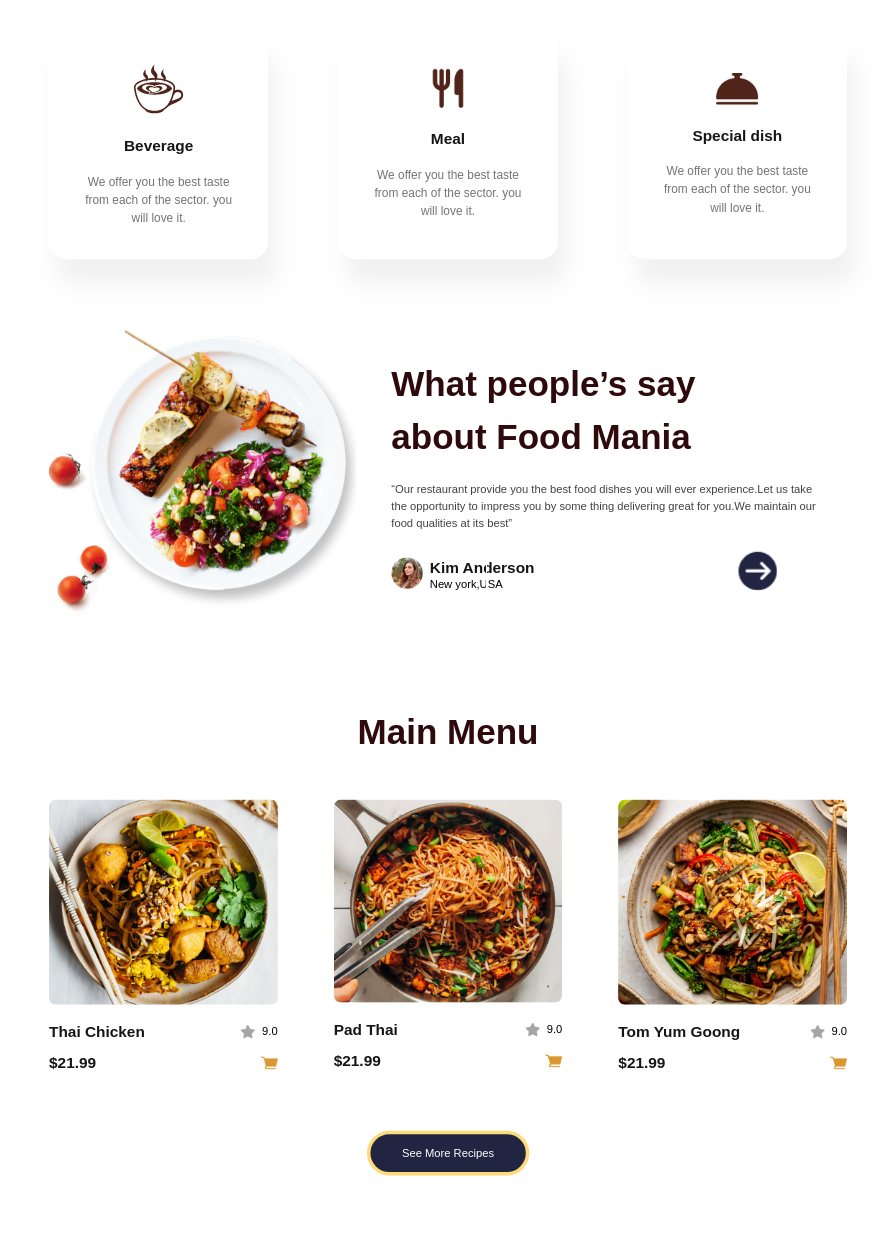
Repository: hoang0508/Figmafood
Page: index.html
The author's editor kept a copy of each file at every save. The page is drawn from the files as they stood at one save, then again after the next save.
The browser window is 1280 px wide. The pictures show the part of the page from y = 1515 to 3435 px (the page is 3295 px tall before and 3435 px after), at 70% of full size.
Some web libraries are served in a nearby version. The style sheet was rebuilt from its Sass, Less or Tailwind sources for each picture, by a compiler version that may differ from the author's.

Above is the page before, as saved 2021-11-08 15:12:35.

### index.html
<!DOCTYPE html>
<html lang="en">
  <head>
    <meta charset="UTF-8" />
    <meta http-equiv="X-UA-Compatible" content="IE=edge" />
    <meta name="viewport" content="width=device-width, initial-scale=1.0" />
    <title>LandingPage Food</title>
    <link
      rel="stylesheet"
      href="https://cdnjs.cloudflare.com/ajax/libs/font-awesome/4.7.0/css/font-awesome.min.css"
      integrity="sha512-SfTiTlX6kk+qitfevl/7LibUOeJWlt9rbyDn92a1DqWOw9vWG2MFoays0sgObmWazO5BQPiFucnnEAjpAB+/Sw=="
      crossorigin="anonymous"
      referrerpolicy="no-referrer"
    />
    <link rel="preconnect" href="https://fonts.googleapis.com" />
    <link rel="preconnect" href="https://fonts.gstatic.com" crossorigin />
    <link
      href="https://fonts.googleapis.com/css2?family=Poppins:wght@300;400;500;600;700&display=swap"
      rel="stylesheet"
    />
    <link
      rel="stylesheet"
      type="text/css"
      href="https://cdn.jsdelivr.net/npm/slick-carousel@1.8.1/slick/slick.css"
    />
    <link rel="stylesheet" href="./css/app.css" />
  </head>
  <body>
    <div class="wrapper">
      <header class="header">
        <div class="container">
          <div class="header-container d-flex--between">
            <div class="header-logo d-flex--center">
              <img src="./images/logo.png" alt="" />
              <img src="./images/FOOD MANIA.svg" alt="" />
            </div>
            <ul class="header-list d-flex--center">
              <li class="header-item">
                <a href="#" class="header-link">Home</a>
              </li>
              <li class="header-item">
                <a href="#" class="header-link">About us</a>
              </li>
              <li class="header-item">
                <a href="#" class="header-link">Contact us</a>
              </li>
            </ul>
            <div class="header-icon d-flex--center">
              <a href="#" class="icon-link">
                <img src="./images/icon-search.png" alt="" />
              </a>
              <a href="#" class="icon-link">
                <img src="./images/icon-cart.png" alt="" />
              </a>
              <a href="#" class="icon-link">
                <img src="./images/icon-bars.png" alt="" />
              </a>
            </div>
            <button class="button button--primary">Book now</button>
          </div>
        </div>
      </header>
      <main>
        <section class="hero">
          <div class="container">
            <div class="hero-container d-flex--between">
              <div class="hero-content">
                <h3 class="hero-title">
                  Taste the <span>best Delicious</span> dishes.
                </h3>
                <button class="button button--primary button--secondary">
                  Explore Menu
                </button>
                <div class="hero-social d-flex--center">
                  <a href="#" class="social-icon">
                    <img src="./images/facebook.png" alt="" />
                  </a>
                  <a href="#" class="social-icon">
                    <img src="./images/instagram.png" alt="" />
                  </a>
                  <a href="#" class="social-icon">
                    <img src="./images/twitter.png" alt="" />
                  </a>
                </div>
              </div>
              <div class="hero-image">
                <div class="hero-image--big">
                  <img
                    src="./images/kisspng-hamburger-street-food-seafood-fast-food-delicious-food-5a75083cceaf41 1.png"
                    alt=""
                  />
                </div>
                <div class="hero-image--small-top">
                  <img src="./images/dlf 1.png" alt="" />
                </div>
                <div class="hero-image--small-bottom">
                  <img
                    src="./images/Pad-Thai_1-removebg-preview 1.png"
                    alt=""
                  />
                </div>
              </div>
            </div>
          </div>
        </section>
        <section class="about">
          <div class="container">
            <div class="about-container d-flex--between">
              <div class="about-image">
                <img
                  src="./images/imgbin-greek-salad-recipe-vegetarian-cuisine-everyday-super-food-salad-plate-gEMC3ig2LzciXACd5pm3EKWBe-removebg-preview 1.png"
                  alt=""
                />
              </div>
              <div class="about-content">
                <h3 class="heading-title">Fresh,Healthy & Delicious Food</h3>
                <p class="text-desc">
                  Our restaurant provide you the best food dishesh you will ever
                  experience.Let us take the opportunity to impress you by some
                  thing delivering great for you.We maintain our food qualities
                  at its best.
                </p>
                <button class="button button--primary button--secondary">
                  Explore All
                </button>
              </div>
            </div>
          </div>
        </section>
        <section class="menu">
          <div class="container">
            <div class="menu-container">
              <h3 class="heading-title menu-heading">Our Categorized Menu</h3>
              <div class="menu-list">
                <div class="menu-item">
                  <div class="menu-image">
                    <img
                      src="./images/emojione-monotone_hot-beverage.svg"
                      alt=""
                    />
                  </div>
                  <h3 class="menu-title heading-title--small">Beverage</h3>
                  <p class="menu-desc">
                    We offer you the best taste from each of the sector. you
                    will love it.
                  </p>
                </div>
                <div class="menu-item">
                  <div class="menu-image">
                    <img src="./images/Vector.png" alt="" />
                  </div>
                  <h3 class="menu-title heading-title--small">Meal</h3>
                  <p class="menu-desc">
                    We offer you the best taste from each of the sector. you
                    will love it.
                  </p>
                </div>
                <div class="menu-item">
                  <div class="menu-image">
                    <img src="./images/Vector (1).png" alt="" />
                  </div>
                  <h3 class="menu-title heading-title--small">Special dish</h3>
                  <p class="menu-desc">
                    We offer you the best taste from each of the sector. you
                    will love it.
                  </p>
                </div>
              </div>
            </div>
          </div>
        </section>
        <section class="category">
          <div class="container">
            <div class="category-container">
              <div class="category-item d-flex--center">
                <div class="category-image">
                  <img src="./images/df2.png" alt="" />
                </div>
                <div class="category-content">
                  <h3 class="heading-title category-title">
                    What people’s say about Food Mania
                  </h3>
                  <p class="text-desc">
                    “Our restaurant provide you the best food dishes you will
                    ever experience.Let us take the opportunity to impress you
                    by some thing delivering great for you.We maintain our food
                    qualities at its best”
                  </p>
                  <div class="category-author d-flex--center">
                    <div class="category-author--image">
                      <img src="./images/pexels-photo-733872 1.png" alt="" />
                    </div>
                    <div class="category-info">
                      <h4 class="category-name heading-title--small">
                        Kim Anderson
                      </h4>
                      <p class="category-address">New york,USA</p>
                    </div>
                  </div>
                </div>
              </div>
              <div class="category-item d-flex--center">
                <div class="category-image">
                  <img src="./images/df2.png" alt="" />
                </div>
                <div class="category-content">
                  <h3 class="heading-title category-title">
                    What people’s say about Food Mania
                  </h3>
                  <p class="text-desc">
                    “Our restaurant provide you the best food dishes you will
                    ever experience.Let us take the opportunity to impress you
                    by some thing delivering great for you.We maintain our food
                    qualities at its best”
                  </p>
                  <div class="category-author d-flex--center">
                    <div class="category-author--image">
                      <img src="./images/pexels-photo-733872 1.png" alt="" />
                    </div>
                    <div class="category-info">
                      <h4 class="category-name heading-title--small">
                        Kim Anderson
                      </h4>
                      <p class="category-address">New york,USA</p>
                    </div>
                  </div>
                </div>
              </div>
            </div>
          </div>
        </section>
        <section class="product">
          <div class="container">
            <div class="product-container">
              <h3 class="heading-title product-title">Main Menu</h3>
              <div class="product-list">
                <div class="product-item">
                  <div class="product-image">
                    <img src="./images/veganpadthairecipe-h1 1.png" alt="" />
                  </div>
                  <div class="product-info d-flex--between">
                    <h4 class="product-name heading-title--small">
                      Thai Chicken
                    </h4>
                    <div class="product-star d-flex--center">
                      <img src="./images/icon-star.png" alt="" />
                      <span>9.0</span>
                    </div>
                  </div>
                  <div class="product-price d-flex--between">
                    <span class="product-coin heading-title--small"
                      >$21.99</span
                    >
                    <a href="#" class="product-link">
                      <img src="./images/icon-cart-product.png" alt="" />
                    </a>
                  </div>
                </div>
                <div class="product-item">
                  <div class="product-image">
                    <img src="./images/Pad-Thai 1.png" alt="" />
                  </div>
                  <div class="product-info d-flex--between">
                    <h4 class="product-name heading-title--small">Pad Thai</h4>
                    <div class="product-star d-flex--center">
                      <img src="./images/icon-star.png" alt="" />
                      <span>9.0</span>
                    </div>
                  </div>
                  <div class="product-price d-flex--between">
                    <span class="product-coin heading-title--small"
                      >$21.99</span
                    >
                    <a href="#" class="product-link">
                      <img src="./images/icon-cart-product.png" alt="" />
                    </a>
                  </div>
                </div>
                <div class="product-item">
                  <div class="product-image">
                    <img
                      src="./images/healthier-vegan-pad-thai-macro-1024x1536 1.png"
                      alt=""
                    />
                  </div>
                  <div class="product-info d-flex--between">
                    <h4 class="product-name heading-title--small">
                      Tom Yum Goong
                    </h4>
                    <div class="product-star d-flex--center">
                      <img src="./images/icon-star.png" alt="" />
                      <span>9.0</span>
                    </div>
                  </div>
                  <div class="product-price d-flex--between">
                    <span class="product-coin heading-title--small"
                      >$21.99</span
                    >
                    <a href="#" class="product-link">
                      <img src="./images/icon-cart-product.png" alt="" />
                    </a>
                  </div>
                </div>
              </div>
              <button
                class="button button--primary button--secondary button--more"
              >
                See More Recipes
              </button>
            </div>
          </div>
        </section>
      </main>
    </div>

    <script
      type="text/javascript"
      src="https://code.jquery.com/jquery-1.11.0.min.js"
    ></script>
    <script
      type="text/javascript"
      src="https://code.jquery.com/jquery-migrate-1.2.1.min.js"
    ></script>
    <script
      type="text/javascript"
      src="https://cdn.jsdelivr.net/npm/slick-carousel@1.8.1/slick/slick.min.js"
    ></script>
    <script src="./script/app.js"></script>
  </body>
</html>

### script/app.js
$(".category-container").slick({
  infinite: true,
  slidesToShow: 1,
  slidesToScroll: 3,
  nextArrow: `<button type='button' class='slick-next pull-right'><img src="./images/arrow-icon.png" /></button>`,
  prevArrow: false,
});

### sass/app.scss
@import "variable";
@import "reset";
@import "global";
@import "typography";
@import "header";
@import "hero";
@import "about";
@import "menu";
@import "category";
@import "category";
@import "product";

### sass/variable.scss
$primary-color: #212542;
$secondary-color: #2e0a0c;
$border-color: #ffda7b;
$text-color-box: #424242;
$text-color-small: #747474;
$heading-color: #161616;

### sass/reset.scss
html {
  box-sizing: border-box;
}
* {
  margin: 0;
  padding: 0;
}
*,
*:before,
*:after {
  box-sizing: border-box;
}
input,
textarea,
select,
button {
  outline: none;
}
input {
  line-height: normal;
}
label,
button {
  cursor: pointer;
}
a {
  text-decoration: none;
}
img {
  display: block;
  max-width: 100%;
}

ul,
li {
  list-style: none;
}

### sass/global.scss
.wrapper {
  max-width: 1440px;
  margin: 0 auto;
  overflow: hidden;
}

.container {
  max-width: 1170px;
  margin: 0 auto;
  padding: 0 15px;
}

body {
  font-family: "Popins", sans-serif;
  line-height: 1;
  font-size: 16px;
}

body::-webkit-scrollbar {
  width: 7px;
}

body::-webkit-scrollbar-thumb {
  background-color: $primary-color;
  border-radius: 10px;
}

.d-flex--center {
  display: flex;
  align-items: center;
}

.d-flex--between {
  display: flex;
  justify-content: space-between;
  align-items: center;
}

.button {
  display: inline-block;
  color: #fff;
  background-color: $primary-color;
  border: 0;
  &--primary {
    font-size: 16px;
    font-weight: 500;
    line-height: calc(24 / 16);
    padding: 10px 30px;
    background: #212542;
    border: 1.5px solid #ffffff;
    border-radius: 100px;
    display: flex;
    align-items: center;
    justify-content: center;
  }
  &--secondary {
    padding: 15px 45px;
    border-width: 5px;
    border-color: $border-color;
  }
  &--more {
    display: inline-block;
    position: relative;
    left: 50%;
    transform: translateX(-50%);
  }
}

### sass/typography.scss
.heading-title {
  font-size: 50px;
  font-weight: 600;
  line-height: calc(87 / 58);
  color: $secondary-color;
}

.text-desc {
  font-size: 16px;
  font-weight: 500;
  line-height: calc(27 / 18);
  padding: 25px 0 35px;
  color: $text-color-box;
}

.heading-title--small {
  font-size: 22px;
  line-height: calc(33 / 22);
  font-weight: 600;
  color: $heading-color;
}

### sass/_header.scss
.header {
  margin-top: 50px;
  margin-bottom: 121px;
  &-logo {
    gap: 10px;
  }
  &-list {
    gap: 0 90px;
    font-size: 18px;
    font-weight: 500;
  }
  &-item {
    position: relative;
  }
  &-link {
    position: relative;
    color: #000000;
  }
  &-link:after {
    content: "";
    position: absolute;
    display: block;
    width: 0;
    height: 3px;
    background-color: $primary-color;
    bottom: -8px;
    border-radius: 5px;
    transition: all 0.3s linear;
  }
  &-link:hover::after {
    width: 100%;
    transition: all 0.3s linear;
  }
  &-icon {
    gap: 0 50px;
  }
}

### sass/_hero.scss
.hero {
  padding-bottom: 120px;
  &-container {
    align-items: stretch;
  }
  &-content {
    max-width: 455px;
    width: 100%;
  }
  &-title {
    font-size: 61px;
    line-height: calc(91 / 61);
    color: $secondary-color;
    font-weight: 600;
    padding-bottom: 25px;
    span {
      display: block;
    }
  }
  &-social {
    padding-top: 50px;
    gap: 0 25px;
    a.social-icon {
      width: 40px;
      height: 40px;
      border: 2px solid $border-color;
      border-radius: 100rem;
      display: flex;
      justify-content: center;
      align-items: center;
    }
  }
  &-image {
    position: relative;
  }
  &-image--big {
    position: relative;
  }
  &-image--small-top {
    position: absolute;
    left: 0;
    top: 50%;
    transform: translateX(50%);
    width: 100px;
  }
  &-image--small-bottom {
    position: absolute;
    bottom: 70px;
    right: 100px;
  }
}

### sass/_about.scss
.about {
  padding-bottom: 135px;
  &-container {
    gap: 170px;
  }
  &-content {
    max-width: 600px;
    width: 100%;
  }
}

### sass/_menu.scss
.menu {
  padding-bottom: 100px;
  &-heading {
    text-align: center;
    padding-bottom: 100px;
  }
  &-list {
    display: grid;
    grid-template-columns: repeat(3, 1fr);
    grid-gap: 0px 100px;
  }
  &-item {
    display: flex;
    align-items: center;
    justify-content: center;
    flex-direction: column;
    background: #ffffff;
    box-shadow: 12px 36px 32px rgba(228, 228, 228, 0.5);
    border-radius: 25px;
    padding: 45px 50px;
  }
  &-image {
    padding-bottom: 28px;
  }
  &-title {
    padding-bottom: 22px;
  }
  &-desc {
    text-align: center;
    font-size: 17px;
    line-height: calc(20 / 13);
    color: $text-color-small;
  }
}

### sass/_category.scss
.category {
  padding-bottom: 125px;
  &-item {
    gap: 50px;
  }
  &-content {
    max-width: 625px;
    width: 100%;
  }
  &-title {
    max-width: 500px;
    width: 100%;
  }
  &-author {
    gap: 10px;
  }
  &-author--image img {
    width: 45px;
    height: 45px;
    border-radius: 100rem;
    object-fit: cover;
  }
}

// slick slider
.slick-initialized .slick-slide {
  display: flex;
  align-items: center;
}

button.slick-next {
  display: block;
  position: absolute;
  right: 100px;
  bottom: 10%;
  width: 55px;
  height: 55px;
  background-color: $primary-color;
  border-radius: 100rem;
  display: flex !important;
  justify-content: center;
  align-items: center;
  border: 0;
}

### sass/_product.scss
.product {
  padding-bottom: 100px;
  &-title {
    text-align: center;
    padding-bottom: 58px;
  }
  &-list {
    display: grid;
    grid-template-columns: repeat(3, 1fr);
    grid-gap: 0px 80px;
    padding-bottom: 80px;
  }
  &-image {
    border-radius: 10px;
    overflow: hidden;
    margin-bottom: 22px;
    img {
      width: 100%;
      height: 100%;
      object-fit: cover;
    }
  }
  &-info {
    padding-bottom: 12px;
  }
  &-star {
    gap: 10px;
  }
}

After the next save:
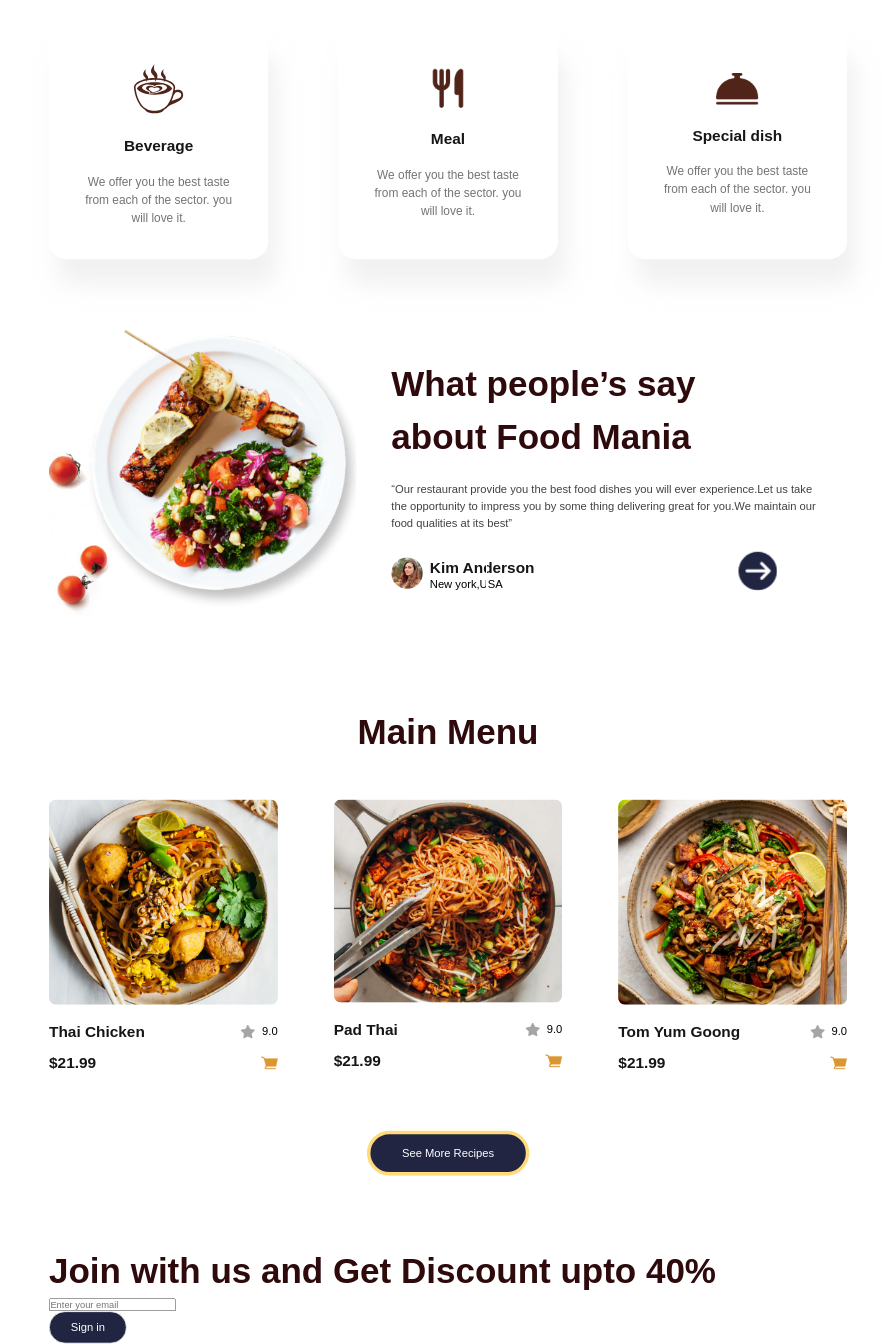
Saved 8 min 41 s later.
--- a/index.html
+++ b/index.html
@@ -310,6 +310,23 @@
             </div>
           </div>
         </section>
+        <section class="contact">
+          <div class="container">
+            <div class="contact-container">
+              <h4 class="heading-title">
+                Join with us and Get Discount upto 40%
+              </h4>
+              <form action="#" class="contact-form">
+                <input
+                  type="text"
+                  class="contact-input"
+                  placeholder="Enter your email"
+                />
+                <button class="button button--primary">Sign in</button>
+              </form>
+            </div>
+          </div>
+        </section>
       </main>
     </div>
 
